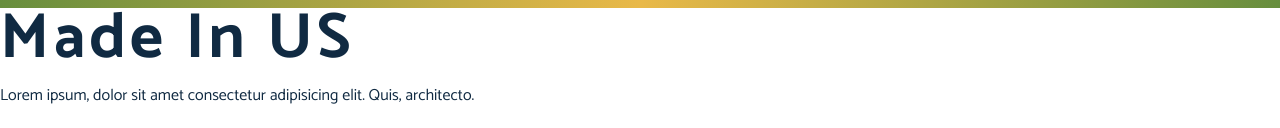
Repository: waniArif/tea-project
Page: index.html
The author's editor kept a copy of each file at every save. The page is drawn from the files as they stood at one save, then again after the next save.
The browser window is 1280 px wide. The pictures show the part of the page from y = 720 to 1208 px (the page is 848 px tall before and 1208 px after).
Some icons come from a web library that is not loaded, so they are not drawn. Backgrounds fixed to the window are drawn as part of the page. Some web fonts or font styles are not loaded; a fallback is used.

Above is the page before, as saved 2021-07-04 15:04:30.
Console error: TypeError: Cannot read properties of null (reading 'addEventListener')

### index.html
<!DOCTYPE html>
<html lang="en">
  <head>
    <meta charset="UTF-8" />
    <meta name="viewport" content="width=device-width, initial-scale=1.0" />
    <meta http-equiv="X-UA-Compatible" content="ie=edge" />
    <title>Tea Station || Home</title>
    <!-- font-awesome -->
    <link
      rel="stylesheet"
      href="./fontawesome-free-5.12.1-web/css/all.min.css"
    />
    <!-- custom css -->
    <link rel="stylesheet" href="./css/styles.css" />
  </head>
  <body>
    <!-- navbar here -->
    <!-- header here -->

    <header class="header">
      <div class="banner">
        <h2>Over one hundred flavours</h2>
        <h1>
          Wani's<br />
          Crafted tea
        </h1>
        <a href="skills.html" class="btn banner-btn">explore</a>
      </div>
    </header>
    <!-- header ends here -->
    <div class="content-divider"></div>
    <!-- skills section -->

    <section class="skills clearfix">
      <!-- single skill -->
      <article class="skill">
        <span class="skill-icon">
          <i class="fas fa-mug-hot"></i>
        </span>
        <h4 class="skill-title">made in US</h4>
        <p class="skill-text">
          Lorem ipsum, dolor sit amet consectetur adipisicing elit. Quis,
          architecto.
        </p>
      </article>
      <!-- end of a single skill -->
    </section>
    <!--  end of skills section -->

    <script src="app.js"></script>
  </body>
</html>

### css/styles.css
/*
===================
Fonts
===================
*/

@import url("https://fonts.googleapis.com/css?family=Catamaran:400,700|Grand+Hotel");

/*
===================
Variables
===================
*/

:root {
  --clr-primary: #678e3e;
  --clr-primarylight: #beed8c;
  --clr-grey-1: #102a42;
  --clr-grey-5: #617d98;
  --clr-grey-10: #f1f5f8;
  --clr-white: #fff;
  --ff-primary: "Catamaran", sans-serif;
  --ff-secondary: "Grand Hotel", cursive;
  --transition: all 0.3 linear;
  --spacing: 0.25rem;
  --radius: 0.5rem;
}

* {
  margin: 0;
  padding: 0;
  box-sizing: border-box;
}

body {
  font-family: var(--ff-primary);
  background: var(--clr-white);
  color: var(--clr-grey-1);
  line-height: 1.5rem;
  font-size: 0.875rem;
}

a {
  text-decoration: none;
}

img {
  width: 100%;
  display: block;
}

h1,
h2,
h3,
h4 {
  letter-spacing: var(--spacing);
  text-transform: capitalize;
  line-height: 1.25;
  margin-bottom: 0.75rem;
}

h1 {
  font-size: 3rem;
}

h2 {
  font-size: 2rem;
}

h3 {
  font-size: 1.5rem;
}

h4 {
  font-size: 0.875rem;
}

p {
  margin-bottom: 1.25rem;
}

@media screen and (min-width: 800px) {
  h1 {
    font-size: 4rem;
  }
  h2 {
    font-size: 2.5rem;
  }
  h3 {
    font-size: 2rem;
  }
  h4 {
    font-size: 4rem;
  }
  body {
    font-size: 1rem;
  }
  h1,
  h2,
  h3,
  h4 {
    line-height: 1;
  }
}

/* more global css */

.btn {
  text-transform: uppercase;
  background: var(--clr-primary);
  color: var(--clr-white);
  padding: 0.75rem 1rem;
  letter-spacing: var(--spacing);
  display: inline-block;
  font-weight: 700;
  transition: var(--transition);
  font-size: 1rem;
  border: none;
  cursor: pointer;
  box-shadow: 0 1px 3px rgba(0, 0, 0, 0.2);
}
.btn:hover {
  color: var(--clr-primary);
  background: var(--clr-primarylight);
}

/*
===================
Header
===================
*/

.header {
  min-height: 100vh;
  background: linear-gradient(rgba(0, 0, 0, 0.6), rgba(0, 0, 0, 0.6)),
    url("../images/main-bcg.jpeg") center/cover no-repeat fixed;

  position: relative;
  /* animation */
  overflow-x: hidden;
}

.banner {
  text-align: center;
  position: absolute;
  top: 50%;
  left: 50%;
  transform: translate(-50%, -50%);
}
.banner h2 {
  font-family: var(--ff-secondary);
  color: var(--clr-primary);
  /* animation */
}
.banner h1 {
  text-transform: uppercase;
  color: var(--clr-white);
  margin-top: 1.25rem;
  margin-bottom: 2rem;
  /* animation */
}
.banner-btn {
  outline: 0.125rem solid var(--clr-primary);
  outline-offset: 0.25rem;
  font-size: 1.25rem;
  padding: 1rem 1.75rem;
}

/* content-divider */

.content-divider {
  height: 0.5rem;
  background: linear-gradient(
    to left,
    var(--clr-primary),
    #e9b949,
    var(--clr-primary)
  );
}

Loaded but not shown: app.js (common file)

After the next save:
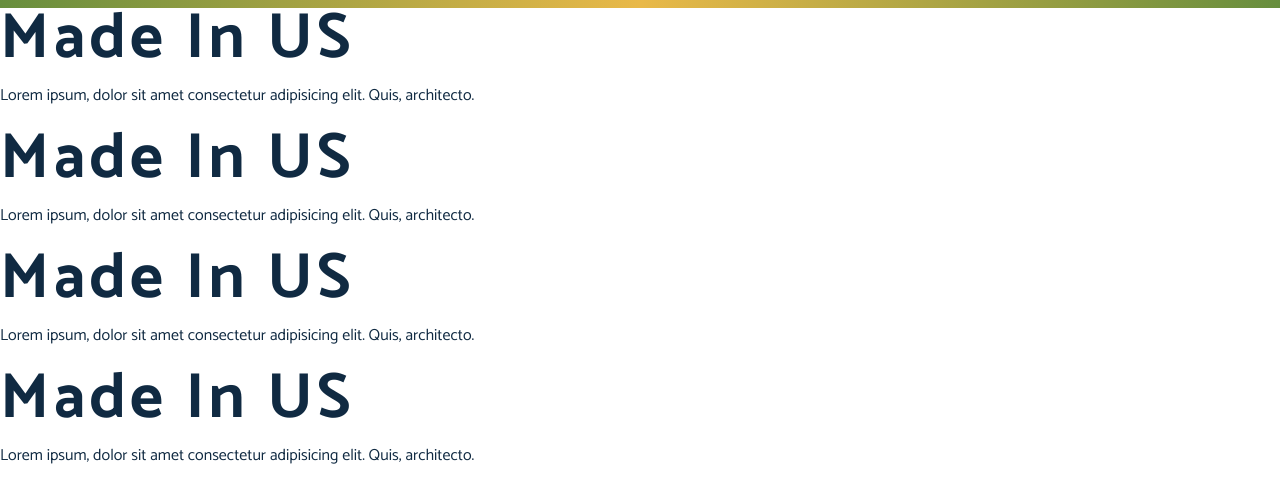
Saved 33 s later.
--- a/index.html
+++ b/index.html
@@ -44,6 +44,42 @@
         </p>
       </article>
       <!-- end of a single skill -->
+      <!-- single skill -->
+      <article class="skill">
+        <span class="skill-icon">
+          <i class="fas fa-mug-hot"></i>
+        </span>
+        <h4 class="skill-title">made in US</h4>
+        <p class="skill-text">
+          Lorem ipsum, dolor sit amet consectetur adipisicing elit. Quis,
+          architecto.
+        </p>
+      </article>
+      <!-- end of a single skill -->
+      <!-- single skill -->
+      <article class="skill">
+        <span class="skill-icon">
+          <i class="fas fa-mug-hot"></i>
+        </span>
+        <h4 class="skill-title">made in US</h4>
+        <p class="skill-text">
+          Lorem ipsum, dolor sit amet consectetur adipisicing elit. Quis,
+          architecto.
+        </p>
+      </article>
+      <!-- end of a single skill -->
+      <!-- single skill -->
+      <article class="skill">
+        <span class="skill-icon">
+          <i class="fas fa-mug-hot"></i>
+        </span>
+        <h4 class="skill-title">made in US</h4>
+        <p class="skill-text">
+          Lorem ipsum, dolor sit amet consectetur adipisicing elit. Quis,
+          architecto.
+        </p>
+      </article>
+      <!-- end of a single skill -->
     </section>
     <!--  end of skills section -->
 
